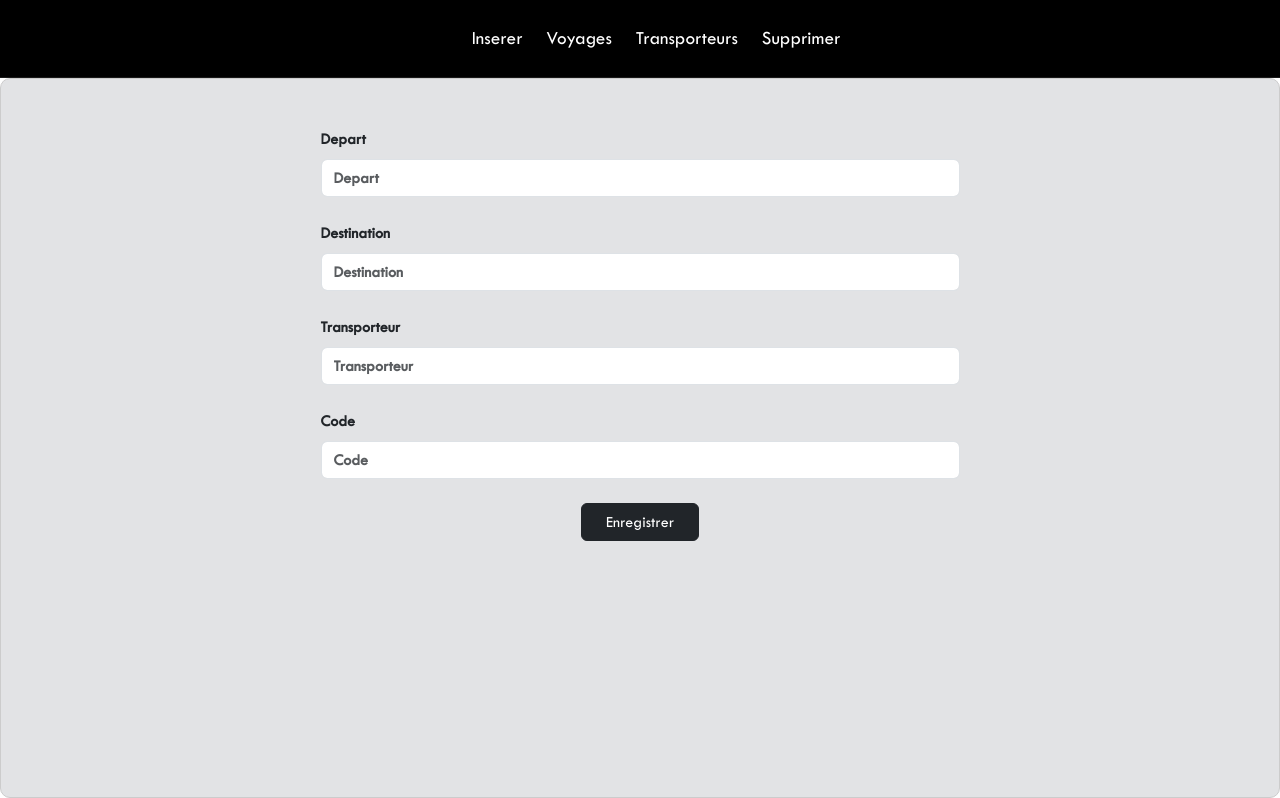
Repository: padevft/examen1-php
Page: http://localhost/
An editor plug-in stored every save of this project. The page is shown before and after the next save, followed by the edit.
The browser window is 1280 px wide. The pictures show the whole page.
The page is run by PHP 8.4 with error messages shown; the project is at /var/www/html/.

Above is the page before, as saved 2023-10-10 22:28:29.

After the next save:
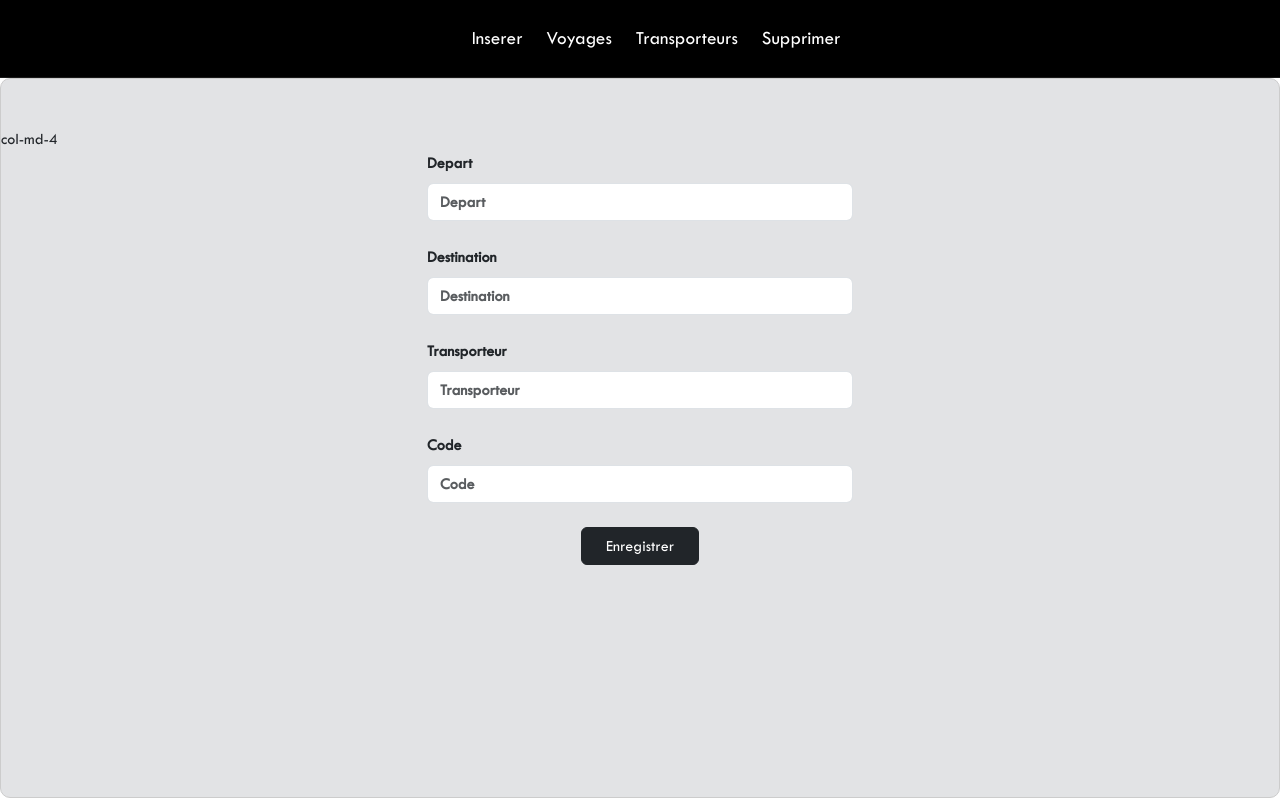
Saved 61 s later.
--- a/index.php
+++ b/index.php
@@ -27,22 +27,22 @@
   </header>
   <main>
       <form action="../membre/controleurMembre.php" method="post">
-          <div class="container-form bg-secondary-subtle pt-5">
+          <div class="container-form bg-secondary-subtle pt-5">col-md-4
               <div class="d-flex flex-column align-items-center gap-4">
-                  <div class="d-flex col-12 col-md-6 flex-column gap-2">
+                  <div class="d-flex col-12 col-md-4 flex-column gap-2">
                       <label for="depart" class="fw-semibold">Depart</label>
                       <input type="text" name="depart" id="depart" class="form-control fw-semibold input-login" placeholder="Depart" />
                   </div>
-                  <div class="d-flex col-12 col-md-6 flex-column gap-2">
+                  <div class="d-flex col-12 col-md-4 flex-column gap-2">
                       <label for="destination" class="fw-semibold">Destination</label>
                       <input type="text" name="destination" id="destination" class="form-control fw-semibold input-login" placeholder="Destination" />
                   </div>
-                  <div class="d-flex col-12 col-md-6 flex-column gap-2">
+                  <div class="d-flex col-12 col-md-4 flex-column gap-2">
                       <label for="transporteur" class="fw-semibold">Transporteur</label>
                       <input type="text" name="transporteur" id="transporteur" class="form-control fw-semibold input-login" placeholder="Transporteur" />
 
                   </div>
-                  <div class="d-flex col-12 col-md-6 flex-column gap-2">
+                  <div class="d-flex col-12 col-md-4 flex-column gap-2">
                       <label for="code" class="fw-semibold">Code</label>
                       <input type="number" name="code" id="code" class="form-control fw-semibold input-login" placeholder="Code" />
                   </div>
